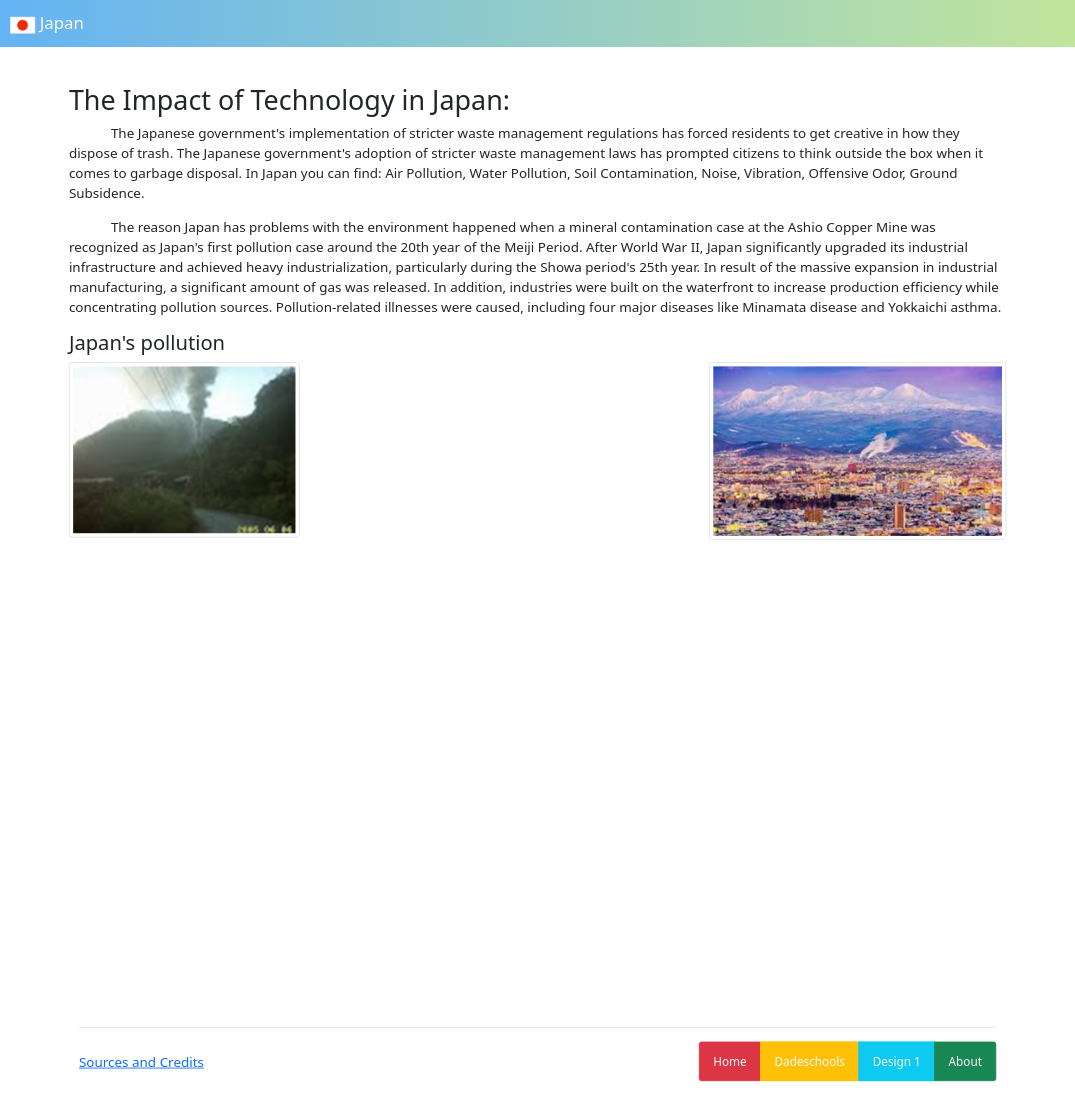
Repository: mrchilliballs/mrchilliballs.github.io
Page: untitled-2.html
The author's editor kept a copy of each file at every save. The page is drawn from the files as they stood at one save, then again after the next save.
The browser window is 1280 px wide. The pictures show the whole page, at 84% of full size.

Above is the page before, as saved 2021-09-02 18:56:13.

### untitled-2.html
<!DOCTYPE html>
<html lang="en">
<head>
    <meta charset="UTF-8">
    <meta http-equiv="X-UA-Compatible" content="IE=edge">
    <!-- CSS only -->
<link href="https://cdn.jsdelivr.net/npm/bootstrap@5.1.0/dist/css/bootstrap.min.css" rel="stylesheet" integrity="sha384-KyZXEAg3QhqLMpG8r+8fhAXLRk2vvoC2f3B09zVXn8CA5QIVfZOJ3BCsw2P0p/We" crossorigin="anonymous">
    <meta name="viewport" content="width=device-width, initial-scale=1.0">
    <title>Document</title>
    <style>
@keyframes AnimationName {
    0%{background-position:0% 50%}
    50%{background-position:100% 50%}
    100%{background-position:0% 50%}
}
#navabr {
    animation: AnimationName 1s ease infinite !important;
    background: #c2e59c;  /* fallback for old browsers */
    background: -webkit-linear-gradient(to right, #64b3f4, #c2e59c);  /* Chrome 10-25, Safari 5.1-6 */
    background: linear-gradient(to right, #64b3f4, #c2e59c); /* W3C, IE 10+/ Edge, Firefox 16+, Chrome 26+, Opera 12+, Safari 7+ */
}
    </style>
</head>
<body>
    <nav class="navbar navbar-light bg-light fixed-top" id="navabr">
        <div class="container-fluid">
          <a class="navbar-brand" href="#">
            <img src="japan.gif" alt="" width="30" height="20 class="d-inline-block align-text-top">
            <span class="text-light">Japan</span>
          </a>
        </div>
      </nav>
    <main class="container">
<h2 style="margin-top: 100px;">The Impact of Technology in Japan:</h2>
	<p style="text-indent: 50px;">The Japanese government's implementation of stricter waste management regulations has forced residents to get creative in how they dispose of trash. The Japanese government's adoption of stricter waste management laws has prompted citizens to think outside the box when it comes to garbage disposal. In Japan you can find: Air Pollution, Water Pollution, Soil Contamination, Noise, Vibration, Offensive Odor, Ground Subsidence.
	<br></p><p style="text-indent: 50px;">The reason Japan has problems with the environment happened when a mineral contamination case at the Ashio Copper Mine was recognized as Japan's first pollution case around the 20th year of the Meiji Period. After World War II, Japan significantly upgraded its industrial infrastructure and achieved heavy industrialization, particularly during the Showa period's 25th year. In result of the massive expansion in industrial manufacturing, a significant amount of gas was released. In addition, industries were built on the waterfront to increase production efficiency while concentrating pollution sources. Pollution-related illnesses were caused, including four major diseases like Minamata disease and Yokkaichi asthma.
    </p>
    <h4>Japan's pollution</h4>
    <img src="Picture3.png" class="rounded float-start img-thumbnail img-fluid" alt="...">
    <img src="Picture4.png" class="rounded float-end img-thumbnail img-fluid" alt="...">
    <div style="margin-bottom: 50rem;"></div>
        <div class="container">
            <footer class="d-flex flex-wrap justify-content-between align-items-center py-3 my-4 border-top" style="">
              <div class="dropdown">
                <a class="" href="#" role="button" id="dropdownMenuLink" data-bs-toggle="dropdown" aria-expanded="false">
                  Sources and Credits
                </a>

                <ul class="dropdown-menu" aria-labelledby="dropdownMenuLink">
                  <li><a class="dropdown-item" href="https://www.world-weather-travellers-guide.com/air-pollution-in-japan.htm">Source 1</a></li>
                  <li><a class="dropdown-item" href="https://www.nytimes.com/1964/12/26/archives/tokyo-troubled-by-air-pollution-emphasis-in-smog-control-is-still.html">Source 2</a></li>
                  <li><a class="dropdown-item" href="https://creativecommons.org/licenses/by-nc/2.0/s">Source 3</a></li>
                  <li><a class="dropdown-item" href="https://encyclopedia.1914-1918 online.net/article/science_and_technology_japan ">Source 4</a></li>
                  <li><a class="dropdown-item" href="https://en.wikipedia.org/wiki/Tokyo">Source 5</a></li>
                  <li><a class="dropdown-item" href="https://en.wikipedia.org/wiki/Meiji_Restoration ">Source 6</a></li>
                </ul>
              </div>
              <a href="/" class="col-md-4 d-flex align-items-center justify-content-center mb-3 mb-md-0 me-md-auto link-dark text-decoration-none">
                <svg class="bi me-2" width="40" height="32"><use xlink:href="#bootstrap"></use></svg>
              </a>

              <ul class="nav col-md-4 justify-content-end">
                <div class="btn-group" role="group" aria-label="Basic mixed styles example">
                    <button type="button" class="btn btn-danger btn-sm"><li class="nav-item"><a href="#" class="nav-link px-2 text-light">Home</a></li></button>
                    <button type="button" class="btn btn-warning btn-sm"><li class="nav-item"><a href="https://www3.dadeschools.net" class="nav-link px-2 text-light">Dadeschools</a></li></button>
                    <button type="button" class="btn btn-info btn-sm"><li class="nav-item"><a href="index.html" class="nav-link px-2 text-light">Design 1</a></li></button>
                    <button type="button" class="btn btn-success btn-sm"><li class="nav-item"><a class="nav-link px-2 text-light" href="#" role="button" id="dropdownMenuLink" data-bs-toggle="dropdown" aria-expanded="false">About</a><ul class="dropdown-menu" aria-labelledby="dropdownMenuLink1">
                      <li class="dropdown-item">We made this website using the program language "HTML". It took us a lot of work and we hope we get a good grade on this because we did our best on this website.</li>
                    </ul></li>
                    </button>
                  </div>
              </ul>
            </footer>
          </div>
          <!-- JavaScript Bundle with Popper -->
<script src="https://cdn.jsdelivr.net/npm/bootstrap@5.1.0/dist/js/bootstrap.bundle.min.js" integrity="sha384-U1DAWAznBHeqEIlVSCgzq+c9gqGAJn5c/t99JyeKa9xxaYpSvHU5awsuZVVFIhvj" crossorigin="anonymous"></script>
    </main>
</body>
</html>

After the next save:
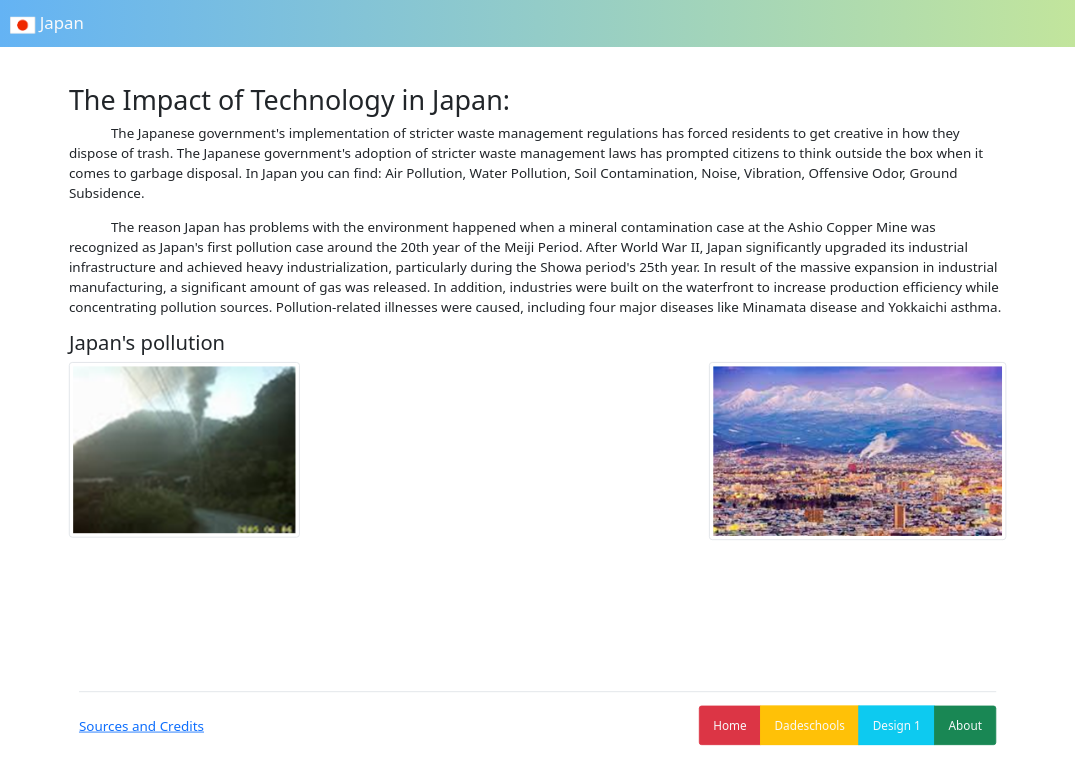
Saved 9 s later.
--- a/untitled-2.html
+++ b/untitled-2.html
@@ -38,7 +38,7 @@
     <h4>Japan's pollution</h4>
     <img src="Picture3.png" class="rounded float-start img-thumbnail img-fluid" alt="...">
     <img src="Picture4.png" class="rounded float-end img-thumbnail img-fluid" alt="...">
-    <div style="margin-bottom: 50rem;"></div>
+    <div style="margin-bottom: 25rem;"></div>
         <div class="container">
             <footer class="d-flex flex-wrap justify-content-between align-items-center py-3 my-4 border-top" style="">
               <div class="dropdown">
